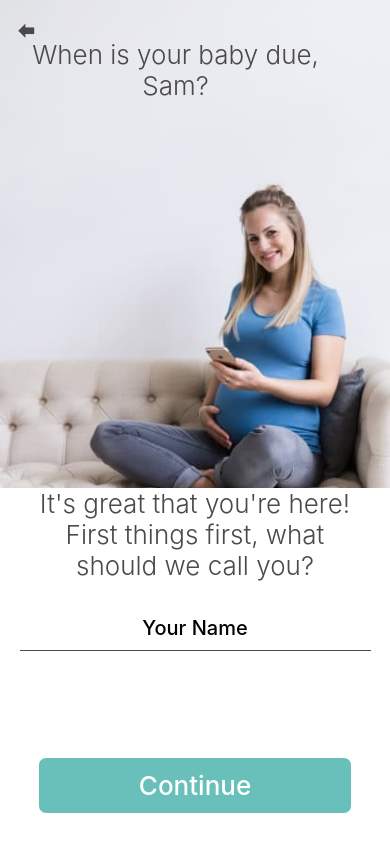
Repository: pheonixlegend/keleya
Screen: /Name
An editor plug-in stored every save of this project. The screen is shown before and after the next save, followed by the edit.
The app was drawn by React Native's web renderer in a window 390 px wide. The project was rebuilt for these pictures with package versions that can differ from the ones it lists, and the page was loaded fresh each time. Also part of the build but not shown: components/ImageHeader.tsx, components/LoginSignupDetails.tsx, screens/SignUp.tsx, screens/SignIn.tsx, screens/Date.tsx, screens/Workout.tsx, screens/Success.tsx.

Above is the screen before, as saved 2021-10-10 13:29:09.

### App.tsx
import { StatusBar } from 'expo-status-bar';
import React from 'react';
import { StyleSheet, Text, View } from 'react-native';
import Home from './screens/Home';
import { NavigationContainer } from '@react-navigation/native';
import AppStack from './routes/AppStack';

export default function App() {
  return (
    <NavigationContainer>
      <AppStack />
    </NavigationContainer>
  );
}

const styles = StyleSheet.create({
  container: {
    flex: 1,
    backgroundColor: '#fff',
    alignItems: 'center',
    justifyContent: 'center',
  },
});

### routes/AppStack.tsx
import { createStackNavigator } from '@react-navigation/stack';
import { Image } from 'react-native';
import Home from '../screens/Home';
import ImageHeader from '../components/ImageHeader';
import SignUp from '../screens/SignUp';
import SignIn from '../screens/SignIn';
import Name from '../screens/Name';
import Date from '../screens/Date';
import Workout from '../screens/Workout';
import Success from '../screens/Success';
import React from 'react';
import { Entypo } from '@expo/vector-icons';
import {RootStackParamList} from '../routes/RootStackPrams';

const Stack = createStackNavigator<RootStackParamList>();
    const appStack = () => {
        return (
            <Stack.Navigator
                screenOptions={{
                headerShown: false,
                headerTransparent: true,
                headerStyle: {
                  },
                  headerBackTitleStyle: {
                      opacity: 0,
                  },
                  headerTintColor: 'transparent'
                }}
            >
                <Stack.Screen name="Home" component={Home} />
                <Stack.Screen
                    name="SignUp"
                    component={SignUp}
                    options={{
                        headerShown: true,
                        headerBackImage: ()=>(<Entypo name='arrow-left' size={22}
                        color="#4a4a4a" style={{ paddingLeft: '20%', marginTop: '-10%' }} />)
                    }}
                />
                <Stack.Screen
                    name="SignIn"
                    component={SignIn}
                    options={{
                        headerShown: true,
                        headerBackImage: ()=>(<Entypo name='arrow-left' size={22}
                        color="#4a4a4a" style={{ paddingLeft: '20%', marginTop: '-10%' }} />)
                    }}
                />
                <Stack.Screen
                    name="Name"
                    component={Name}
                    options={{
                        headerShown: true,
                        headerBackImage: ()=>(<Entypo name='arrow-left' size={22}
                        color="#4a4a4a" style={{ paddingLeft: '20%', marginTop: '-10%' }} />)
                    }}
                />
                <Stack.Screen
                    name="Date"
                    component={Date}
                    options={{
                        headerShown: true,
                        headerBackImage: ()=>(<Entypo name='arrow-left' size={22}
                        color="#4a4a4a" style={{ paddingLeft: '20%', marginTop: '-10%' }} />)
                    }}
                />
                <Stack.Screen
                    name="Workout"
                    component={Workout}
                    options={{
                        headerShown: true,
                        headerBackImage: ()=>(<Entypo name='arrow-left' size={22}
                        color="#4a4a4a" style={{ paddingLeft: '20%', marginTop: '-10%' }} />)
                    }}
                />
                <Stack.Screen
                    name="Success"
                    component={Success}
                    options={{
                        headerShown: false,
                        headerBackImage: ()=>(<Entypo name='arrow-left' size={22}
                        color="#4a4a4a" style={{ paddingLeft: '20%', marginTop: '-10%' }} />)
                    }}
                />
            </Stack.Navigator>
        )
    }
export default appStack

### screens/Home.tsx
import { StatusBar } from 'expo-status-bar';
import React from 'react';
import { StyleSheet, Text, View, Button, Image, SafeAreaView, ImageBackground, TouchableOpacity } from 'react-native';
import { Global } from '../styles/Global';
import {useNavigation} from '@react-navigation/native';
import {StackNavigationProp} from '@react-navigation/stack';
import {RootStackParamList} from '../routes/RootStackPrams';

type authScreenProp = StackNavigationProp<RootStackParamList, 'Home'>;

function Home() {
  /* const signUpHandler = () => {
    navigation.push("Sign Up")
  }

  const signInHandler = () => {
    navigation.push("Sign In")
  }
 */
  const navigation = useNavigation<authScreenProp>();

  return (
    <ImageBackground source={require('../assets/images/first-intro-image.png')} style={styles.backgroundImage} >

    <SafeAreaView style={Global.container}>
      <StatusBar backgroundColor={'transparent'} translucent/>

      <View style={styles.imageContainer}>
        <Image source={require('../assets/images/keleya-logo.png')} style={styles.image} resizeMode="contain" />
      </View>

      <View style={styles.centeredView}>
        <Text style={styles.subText}>For a fit and relaxed pregnancy</Text>
      </View>

      <View style={styles.buttonContainer}>
      <TouchableOpacity style={styles.customBtnBGBottom} onPress={() => navigation.navigate('SignUp')}>
        <Text style={styles.customBtnTextBottom}>Get started</Text>
      </TouchableOpacity>


      <TouchableOpacity style={styles.customBtnBGBottom2} onPress={() => navigation.navigate('SignIn')}>
        <Text style={styles.customBtnTextBottom2}>Or login</Text>
      </TouchableOpacity>
      </View>
    </SafeAreaView>

    </ImageBackground>
  )
}

const styles = StyleSheet.create({
  imageContainer: {
    justifyContent: 'center',
    alignItems: 'center',
    height: '20%'
  },

  backgroundImage: {
    flex: 1,
    width: undefined,
    height: undefined,
    resizeMode: 'cover'
  },

  centeredView: {
    justifyContent: 'center',
    alignItems: 'center'
  },

  image: {
    width: '23%',
    height: '100%'
  },

  subText: {
    textAlign: 'center',
    fontSize: 24,
    fontWeight: "500",
    marginTop: '-3%',
    width: '53%',
    color: "#4a4a4a"
  },

  buttonContainer: {
    flex: 1,
    alignItems: 'center',
    height: '12.4%',
  },

  customBtnBGBottom: {
    backgroundColor: "#69c0ba",
    borderRadius: 7,
    width: '85%',
    height: '6.2%',
    position: 'absolute',
    bottom: 0,
    marginBottom: '23%',
    justifyContent: 'center',
    alignItems: 'center',
  },

  customBtnBGBottom2: {
    backgroundColor: "transparent",
    borderRadius: 7,
    width: '85%',
    position: 'absolute',
    bottom: 0,
    marginBottom: '10%',
    justifyContent: 'center',
    alignItems: 'center',
  },

  customBtnTextBottom: {
    fontSize: 26,
    fontWeight: "500",
    color: "#fff",
    textAlign: "center"
  },

  customBtnTextBottom2: {
    fontSize: 21,
    fontWeight: "600",
    color: "#4a4a4a",
    textAlign: "center"
  }

});

export default Home

### screens/Name.tsx
import {useNavigation} from '@react-navigation/native';
import { StatusBar } from 'expo-status-bar';
import React from 'react';
import { StyleSheet, Text, View, SafeAreaView, TouchableOpacity, TextInput } from 'react-native';
import { Global } from '../styles/Global';
import ImageHeaderMedium from '../components/ImageHeaderMedium';
import {StackNavigationProp} from '@react-navigation/stack';
import {RootStackParamList} from '../routes/RootStackPrams';
import NameTimeDetails from '../components/NameTimeDetails';

type nameScreenProp = StackNavigationProp<RootStackParamList, 'Name'>;

function Name() {
  const navigation = useNavigation<nameScreenProp>();

 return (
    <SafeAreaView style={styles.mainContainer}>
      <StatusBar backgroundColor={'transparent'} translucent/>
      <ImageHeaderMedium screenType = "nameScreen"/>
      {<NameTimeDetails screenType = "nameScreen" /> }

      <View style={styles.buttonContainer}>
          <TouchableOpacity style={styles.customBtnBGBottom} onPress={() => navigation.navigate('Date')}>
            <Text style={styles.customBtnTextBottom}>Continue</Text>
          </TouchableOpacity>
      </View>
    </SafeAreaView>
  )
}

const styles = StyleSheet.create({
  mainContainer: {
    flex: 1,
    backgroundColor: 'white'
  },

  forgotPasswordText: {
    textAlign: 'center',
    fontSize: 19,
    width: '90%',
    fontWeight: "300",
    color: "#4a4a4a",
    paddingBottom: '7%'
  },

  buttonContainer: {
    alignItems: 'center',
    width: '100%',
    bottom: 0,
    position: 'absolute',
  },

  customBtnBGBottom: {
    backgroundColor: "#69c0ba",
    borderRadius: 7,
    width: '80%',
    paddingTop: '3%',
    paddingBottom: '3%',
    marginBottom: '8%',
    justifyContent: 'center',
    alignItems: 'center',
  },

  customBtnTextBottom: {
    fontSize: 26,
    fontWeight: "500",
    color: "#ffff",
    textAlign: "center"
  }

});

export default Name

### styles/Global.tsx
import { StyleSheet } from 'react-native';

export const Global = StyleSheet.create({
    container: {
        flex: 1,
        backgroundColor: 'transparent',
    }
})

### components/ImageHeaderMedium.tsx
import React, { useState, FC } from 'react';
import { Text, View, StyleSheet, Image } from 'react-native';
import { Entypo } from '@expo/vector-icons';
import { LinearGradient } from 'expo-linear-gradient';

interface Props {
  screenType: string;
}

const ImageHeaderMedium: FC<Props> = ({ screenType }) => {

  let imageCondition = require('../assets/images/couch_smile.jpg')

  if (screenType == "dateScreen") {
    imageCondition = require('../assets/images/due-date-background-image.jpg')
  }
  else if (screenType == "workoutScreen") {
    imageCondition = require('../assets/images/workout-goal-background-image.jpg')
  }

  return (
    <Image source={imageCondition}
      style={[styles.image, screenType == "nameScreen" || "workoutScreen" ? { height: '65%' }
      : { height: '80%' }]} resizeMode="cover">
    </Image>
  );
}

const styles = StyleSheet.create({
  image: {
    flex: 1,
    position: 'absolute',
    width: '100%'
  }
});

export default ImageHeaderMedium

### components/NameTimeDetails.tsx
import React, { useState, FC } from 'react';
import { Text, View, StyleSheet, TextInput } from 'react-native';
import { MaterialIcons } from '@expo/vector-icons';
import { CheckBox } from 'react-native-elements';

interface Props {
  screenType: string;
}

const NameTimeDetails: FC<Props> = ({ screenType }) => {

 // const [screenType, setScreenType] = useState(0);

  return (
    <View>
      <Text style={styles.titleText}>
          {screenType == "workoutScreen" ? 'How many times a week do you want to be active'
           : 'When is your baby due, Sam?'}</Text>
      <View style={styles.centeredView}>
        <Text style={styles.subText}>
          {screenType == "nameScreen" ? 'It\'s great that you\'re here! First things first, what should we call you?'
           : 'When is your baby due, Sam?'}</Text>

        <TextInput
          placeholder="Your Name"
          style={styles.input}
        />
      </View>
    </View>
  )
}

const styles = StyleSheet.create({
  centeredView: {
    justifyContent: 'flex-start',
    alignItems: 'center',
    backgroundColor: 'white',
    marginTop: '125%',
    paddingLeft: '5%',
    paddingRight: '5%'
  },

  subText: {
    textAlign: 'center',
    fontSize: 26,
    width: '90%',
    fontWeight: "300",
    color: "#4a4a4a",
    paddingBottom: '10%'
  },

  titleText: {
    textAlign: 'center',
    fontSize: 26,
    width: '90%',
    fontWeight: "300",
    color: "#4a4a4a",
    paddingBottom: '10%',
    position: 'absolute',
    top: 0,
    paddingTop: '10%'
  },

  forgotPasswordText: {
    textAlign: 'center',
    fontSize: 19,
    width: '90%',
    fontWeight: "300",
    color: "#4a4a4a",
    paddingBottom: '7%'
  },

  buttonContainer: {
    alignItems: 'center',
    width: '100%',
    bottom: 0,
    position: 'absolute',
  },

  customBtnBGBottom: {
    backgroundColor: "#69c0ba",
    borderRadius: 7,
    width: '80%',
    paddingTop: '3%',
    paddingBottom: '3%',
    marginBottom: '8%',
    justifyContent: 'center',
    alignItems: 'center',
  },

  customBtnTextBottom: {
    fontSize: 26,
    fontWeight: "500",
    color: "#ffff",
    textAlign: "center"
  },

  input: {
    width: '100%',
    fontSize: 20,
    textAlign: 'center',
    fontWeight: '500',
    paddingLeft: '10%',
    paddingRight: '10%',
    paddingBottom: '3%',
    marginBottom: '12%',
    borderBottomColor: '#4a4a4a',
    borderBottomWidth: 1
  },

  checkboxView: {
    alignItems:'flex-start',
    justifyContent:'flex-start',
    marginTop: '-6%',
    paddingLeft: '5%',
    paddingRight: '5%',
    // display: 'none'
  },

  label: {
    margin: 8,
  }

});

export default NameTimeDetails

After the next save:
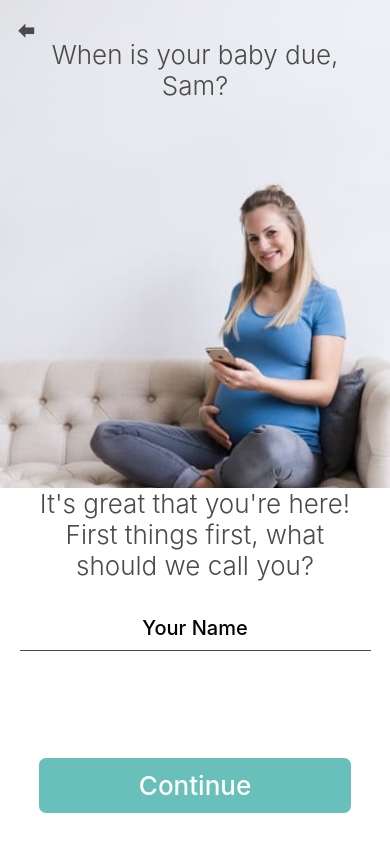
Saved 49 s later.
--- a/components/NameTimeDetails.tsx
+++ b/components/NameTimeDetails.tsx
@@ -52,7 +52,9 @@ const styles = StyleSheet.create({
   titleText: {
     textAlign: 'center',
     fontSize: 26,
-    width: '90%',
+    width: '100%',
+    paddingLeft: '10%',
+    paddingRight: '10%',
     fontWeight: "300",
     color: "#4a4a4a",
     paddingBottom: '10%',
